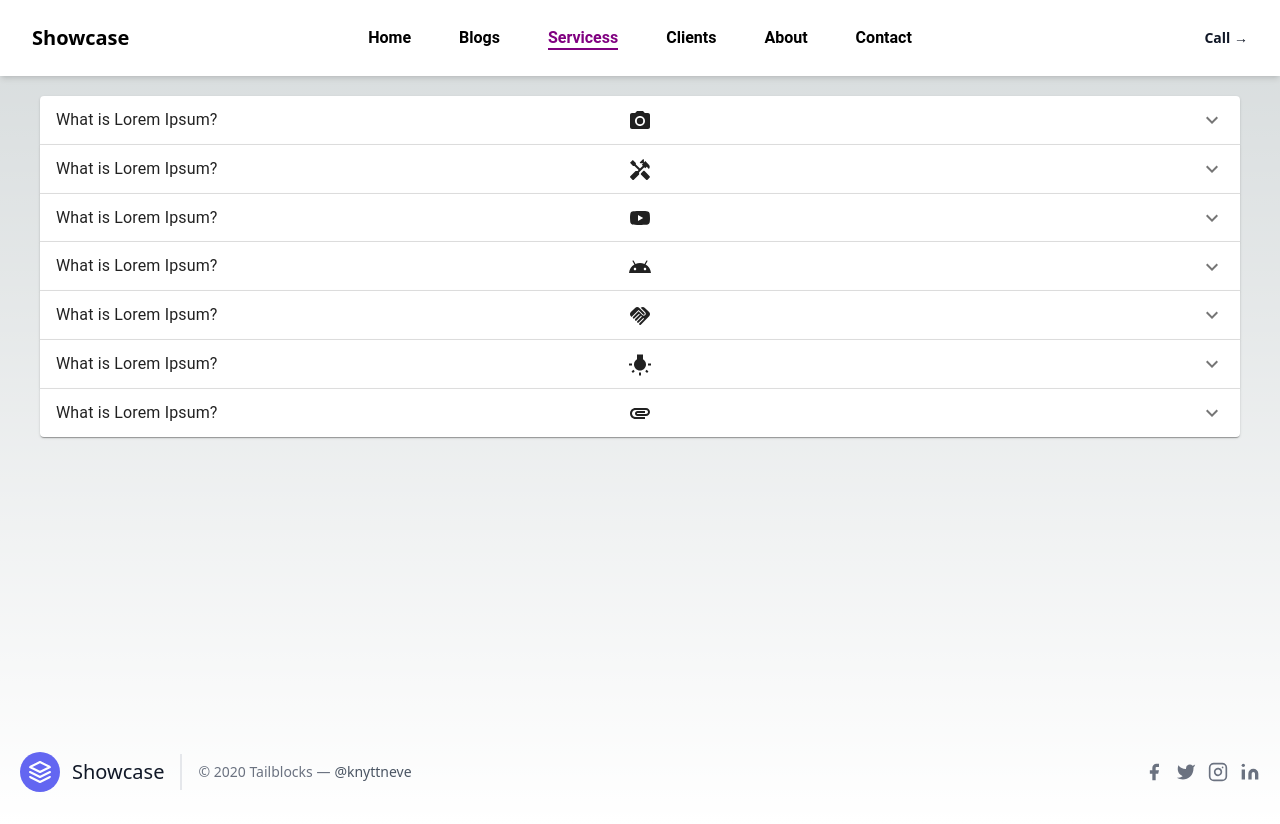
Repository: prashant523580/showcase
Page: /services
An editor plug-in stored every save of this project. The page is shown before and after the next save, followed by the edit.
The browser window is 1280 px wide. The pictures show the whole page.
The project was rebuilt for these pictures with package versions that can differ from the ones it lists, and the page was loaded fresh each time. The framework's server and built-in components were replaced by stand-ins that run in the browser. Also part of the build but not shown: next.config.js.

Above is the page before, as saved 2023-03-25 18:15:06.

After the next save:
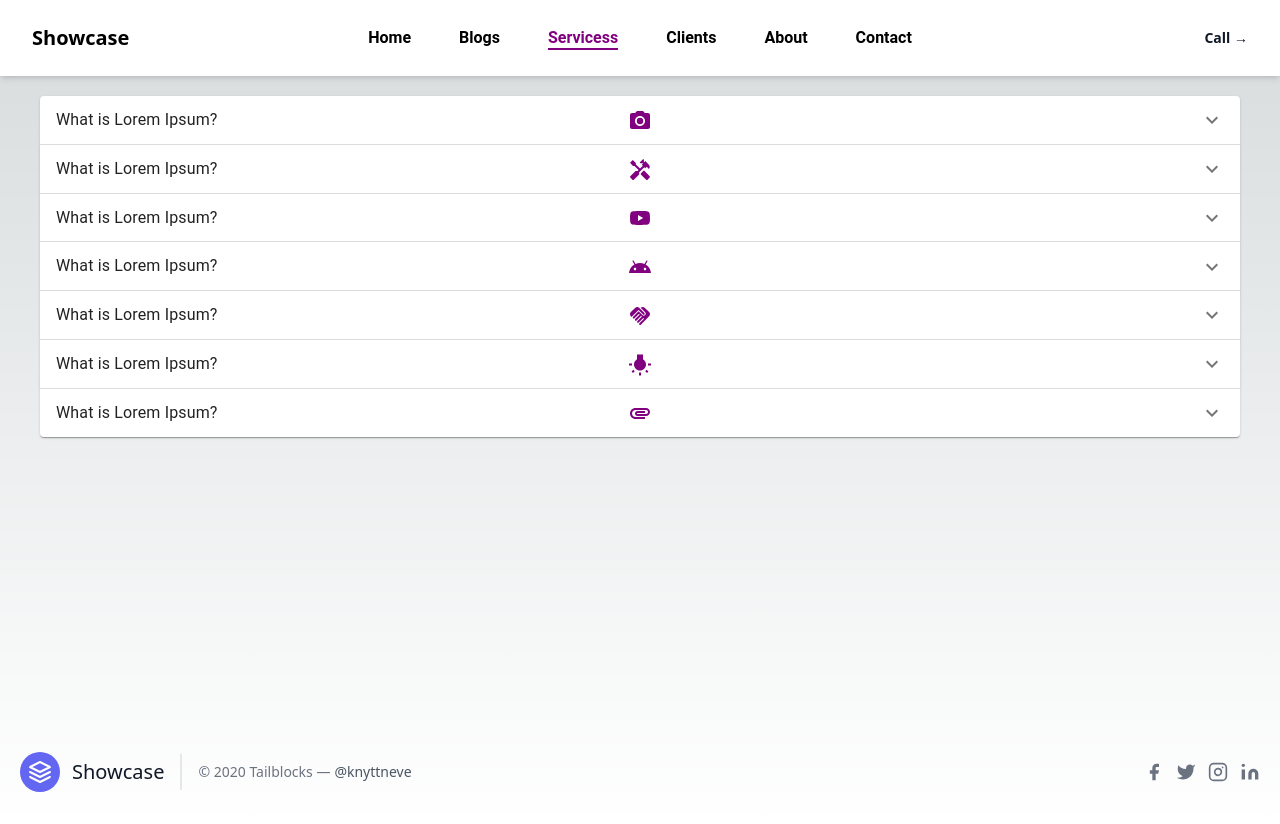
Saved 9 s later.
--- a/src/pages/services.tsx
+++ b/src/pages/services.tsx
@@ -79,7 +79,7 @@ export default function Sercices() {
                     <Typography sx={{ width: '50%', flexShrink: 0 }}>
                         {service.label}
                     </Typography>
-                    <Typography sx={{ color: 'text.info' }}>{service.icon}</Typography>
+                    <Typography sx={{ color: 'purple' }}>{service.icon}</Typography>
                     </AccordionSummary>
                     <AccordionDetails>
                     <Typography>
